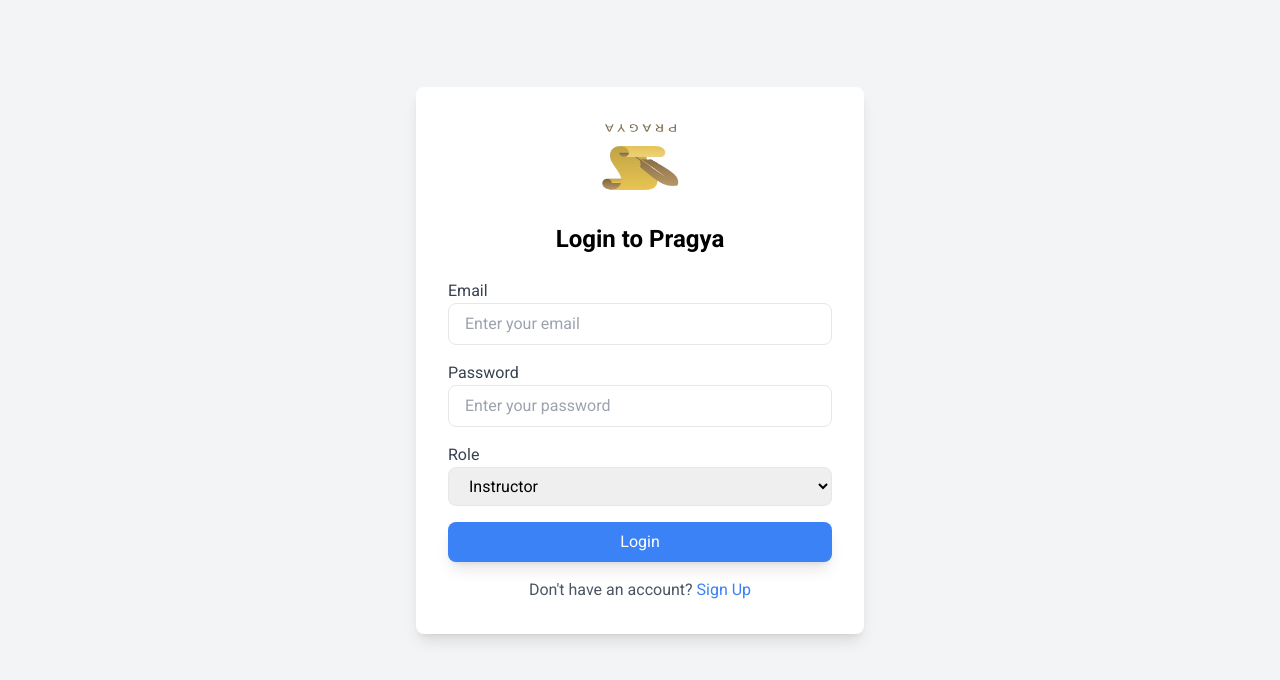
Repository: amii04/Intership_LearningManagementSystem
Page: http://localhost/LMS/login.jsp
An editor plug-in stored every save of this project. The page is shown before and after the next save, followed by the edit.
The browser window is 1280 px wide. The pictures show the whole page.
Some web libraries are served in a nearby version. The page is served by Tomcat 9.

Above is the page before, as saved 2025-03-09 10:05:36.

After the next save:
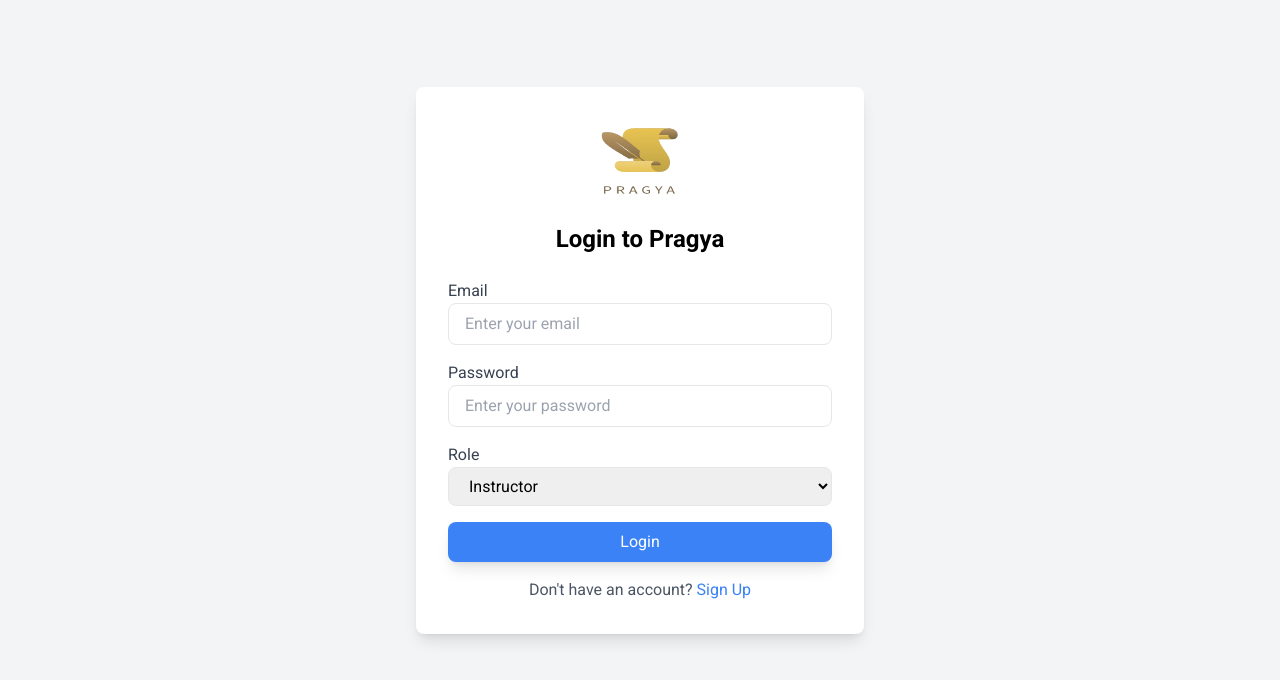
Saved 2 min 3 s later.
--- a/LMS/src/main/webapp/login.jsp
+++ b/LMS/src/main/webapp/login.jsp
@@ -1,5 +1,6 @@
-<%@ page language="java" contentType="text/html; charset=UTF-8" pageEncoding="UTF-8" %>
-<%@ taglib uri="http://java.sun.com/jsp/jstl/core" prefix="c" %>
+<%@ page language="java" contentType="text/html; charset=UTF-8"
+	pageEncoding="UTF-8"%>
+<%@ taglib uri="http://java.sun.com/jsp/jstl/core" prefix="c"%>
 
 <!DOCTYPE html>
 <html lang="en">
@@ -8,62 +9,69 @@
 <meta name="viewport" content="width=device-width, initial-scale=1.0">
 <title>Login | Pragya</title>
 <script src="https://cdn.tailwindcss.com"></script>
-<link href="https://cdnjs.cloudflare.com/ajax/libs/font-awesome/5.15.3/css/all.min.css" rel="stylesheet" />
-<link href="https://fonts.googleapis.com/css2?family=Roboto:wght@400;700&display=swap" rel="stylesheet" />
+<link
+	href="https://cdnjs.cloudflare.com/ajax/libs/font-awesome/5.15.3/css/all.min.css"
+	rel="stylesheet" />
+<link
+	href="https://fonts.googleapis.com/css2?family=Roboto:wght@400;700&display=swap"
+	rel="stylesheet" />
 <style>
 body {
-    font-family: 'Roboto', sans-serif;
+	font-family: 'Roboto', sans-serif;
+}
+
+img {
+	transform: rotate(180deg);
 }
 </style>
 </head>
 <body>
 
-<!-- Authentication Page -->
-<div class="min-h-screen flex items-center justify-center bg-gray-100">
-    <div class="bg-white p-8 rounded-lg shadow-lg w-full max-w-md">
-        <div class="flex justify-center mb-6">
-            <img alt="Company logo" class="w-20 h-20" src="pragya.png" />
-        </div>
-        <h2 class="text-2xl font-bold mb-6 text-center">Login to Pragya</h2>
+	<!-- Authentication Page -->
+	<div class="min-h-screen flex items-center justify-center bg-gray-100">
+		<div class="bg-white p-8 rounded-lg shadow-lg w-full max-w-md">
+			<div class="flex justify-center mb-6">
+				<img alt="Company logo" class="w-20 h-20" src="pragya.png" />
+			</div>
+			<h2 class="text-2xl font-bold mb-6 text-center">Login to Pragya</h2>
 
-        <!-- Display error message dynamically only if it exists -->
-        <c:if test="${not empty errorMessage}">
-            <div class="bg-red-500 text-white p-2 rounded-md mb-4 text-center">
-                ${errorMessage}
-            </div>
-        </c:if>
+			<!-- Display error message dynamically only if it exists -->
+			<c:if test="${not empty errorMessage}">
+				<div class="bg-red-500 text-white p-2 rounded-md mb-4 text-center">
+					${errorMessage}</div>
+			</c:if>
 
-        <!-- Login Form -->
-        <form action="login" method="post">
-            <div class="mb-4">
-                <label class="block text-gray-700">Email</label>
-                <input type="email" name="email" value="${email}"
-                    class="w-full px-4 py-2 border rounded-lg focus:outline-none focus:ring-2 focus:ring-blue-500"
-                    placeholder="Enter your email" required />
-            </div>
-            <div class="mb-4">
-                <label class="block text-gray-700">Password</label>
-                <input type="password" name="password"
-                    class="w-full px-4 py-2 border rounded-lg focus:outline-none focus:ring-2 focus:ring-blue-500"
-                    placeholder="Enter your password" required />
-            </div>
-            <div class="mb-4">
-                <label class="block text-gray-700">Role</label>
-                <select name="role" class="w-full px-4 py-2 border rounded-lg focus:outline-none focus:ring-2 focus:ring-blue-500">
-                    <option value="INSTRUCTOR">Instructor</option>
-                    <option value="STUDENT">Student</option>
-                </select>
-            </div>
-            <button type="submit"
-                class="w-full bg-blue-500 text-white px-4 py-2 rounded-lg shadow-lg hover:bg-blue-600 transition duration-300">
-                Login
-            </button>
-        </form>
-        <p class="text-center text-gray-600 mt-4">
-            Don't have an account? <a href="signup.jsp" class="text-blue-500">Sign Up</a>
-        </p>
-    </div>
-</div>
+			<!-- Login Form -->
+			<form action="login" method="post">
+				<div class="mb-4">
+					<label class="block text-gray-700">Email</label> <input
+						type="email" name="email" value="${email}"
+						class="w-full px-4 py-2 border rounded-lg focus:outline-none focus:ring-2 focus:ring-blue-500"
+						placeholder="Enter your email" required />
+				</div>
+				<div class="mb-4">
+					<label class="block text-gray-700">Password</label> <input
+						type="password" name="password"
+						class="w-full px-4 py-2 border rounded-lg focus:outline-none focus:ring-2 focus:ring-blue-500"
+						placeholder="Enter your password" required />
+				</div>
+				<div class="mb-4">
+					<label class="block text-gray-700">Role</label> <select name="role"
+						class="w-full px-4 py-2 border rounded-lg focus:outline-none focus:ring-2 focus:ring-blue-500">
+						<option value="INSTRUCTOR">Instructor</option>
+						<option value="STUDENT">Student</option>
+					</select>
+				</div>
+				<button type="submit"
+					class="w-full bg-blue-500 text-white px-4 py-2 rounded-lg shadow-lg hover:bg-blue-600 transition duration-300">
+					Login</button>
+			</form>
+			<p class="text-center text-gray-600 mt-4">
+				Don't have an account? <a href="signup.jsp" class="text-blue-500">Sign
+					Up</a>
+			</p>
+		</div>
+	</div>
 
 </body>
 </html>
